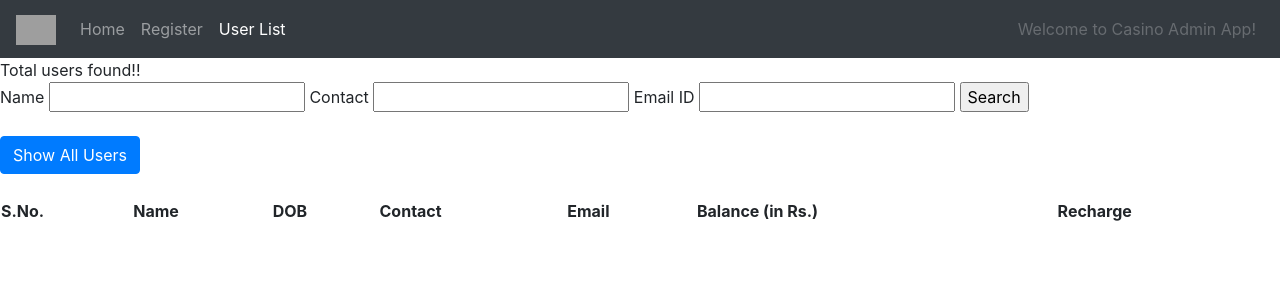
Repository: piyushrulesyou/CasinoGameApplication
Page: http://localhost/adminPanel/UsersList.jsp
The author's editor kept a copy of each file at every save. The page is drawn from the files as they stood at one save, then again after the next save.
The browser window is 1280 px wide. The pictures show the whole page.
Pictures or frames that could not be fetched are drawn as grey boxes. The page is served by Tomcat 9. Nobody is signed in. The application's start-up code is not run. Other server files are loaded and not shown.

Above is the page before, as saved 2019-11-01 07:04:02.

### AdminPanel/adminPanel/src/main/webapp/UsersList.jsp
<%@ taglib prefix="c" uri="http://java.sun.com/jsp/jstl/core"%>

<%@ page language="java" contentType="text/html; charset=ISO-8859-1"
	pageEncoding="ISO-8859-1" isELIgnored="false"%>

<!DOCTYPE html>
<html>
<head>
<title>UsersList</title>
<meta charset="utf-8">

<meta name="viewport" content="width=device-width, initial-scale=1">


<link rel="stylesheet"
	href="https://maxcdn.bootstrapcdn.com/bootstrap/4.3.1/css/bootstrap.min.css">
<script
	src="https://ajax.googleapis.com/ajax/libs/jquery/3.4.1/jquery.min.js"></script>
<script
	src="https://cdnjs.cloudflare.com/ajax/libs/popper.js/1.14.7/umd/popper.min.js"></script>
<script
	src="https://maxcdn.bootstrapcdn.com/bootstrap/4.3.1/js/bootstrap.min.js"></script>
</head>
<body>

	<nav class="navbar navbar-expand-sm bg-dark navbar-dark">
		<!-- 	<nav class="navbar navbar-expand-sm navbar-light bg-faded"> -->
		<a class="navbar-brand" href="index.jsp"> <img
			src="https://www.slotnite.com/images/sliders/livecasino/casino1.png"
			alt="logo" style="width: 40px;">
		</a>

		<!-- Links -->
		<ul class="navbar-nav mr-auto">
			<li class="nav-item"><a class="nav-link" href="index.jsp">Home</a></li>
			<li class="nav-item"><a class="nav-link" href="register">Register</a></li>
			<li class="nav-item"><a class="nav-link active" href="">User
					List</a></li>
		</ul>
		<ul class="navbar-nav">
			<li class="nav-item"><span class="nav-link disabled">Welcome
					to Casino Admin App!</span></li>
		</ul>
	</nav>

	Total ${listOfUsers.size()} users found!!

	<form action="filterUsers" method="post">
		Name <input type="text" id="filterName" name="filterName">
		Contact <input type="number" id="filterContact" name="filterContact">
		Email ID <input type="text" id="filterEMail" name="filterEMail">
		<input type="submit" value="Search">
	</form>
	<br>

	<a href="showUsers"><button class="btn btn-primary">Show
			All Users</button></a>

	<c:if test="${listOfUsers.size() == 0}">
		<div class="alert alert-danger">No Users Found!!</div>
	</c:if>

	<br>
	<br>

	<c:if test="${listOfUsers.size() != 0}">

		<table width="100%" class="w3-table-all w3-centered">
			<tr>
				<th>S.No.</th>
				<th>Name</th>
				<th>DOB</th>
				<th>Contact</th>
				<th>Email</th>
				<th>Balance (in Rs.)</th>
				<th>Recharge</th>
			</tr>

			<c:forEach items="${listOfUsers}" var="eachUser">

				<tr>
					<td>i</td>
					<td>${eachUser.customerName}</td>
					<td>${eachUser.dateOfBirth}</td>
					<td>${eachUser.contactNumber}</td>
					<td>${eachUser.emailID}</td>
					<td>${eachUser.accountBalance}</td>
					<td><a href="recharge.jsp">Recharge</a></td>

					<!-- 				<td><a -->
					<%-- 					href="edit?employeeCode=${item.employeeCode}&hrName=${hrName}"><button --%>
					<!-- 							class="buttonEdit">Edit</button></a> <a -->
					<%-- 					href="delete?employeeName=${item.employeeName}&employeeCode=${item.employeeCode}&hrName=${hrName}"><button --%>
					<!-- 							class="buttonDelete">Delete</button></a></td> -->

				</tr>
			</c:forEach>
		</table>
	</c:if>

</body>
</html>

After the next save:
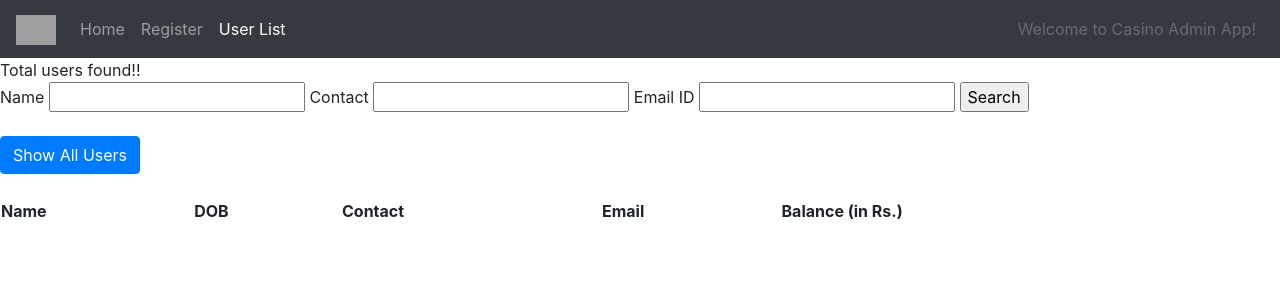
Saved 12 s later.
--- a/AdminPanel/adminPanel/src/main/webapp/UsersList.jsp
+++ b/AdminPanel/adminPanel/src/main/webapp/UsersList.jsp
@@ -67,25 +67,21 @@
 
 		<table width="100%" class="w3-table-all w3-centered">
 			<tr>
-				<th>S.No.</th>
 				<th>Name</th>
 				<th>DOB</th>
 				<th>Contact</th>
 				<th>Email</th>
 				<th>Balance (in Rs.)</th>
-				<th>Recharge</th>
 			</tr>
 
 			<c:forEach items="${listOfUsers}" var="eachUser">
 
 				<tr>
-					<td>i</td>
 					<td>${eachUser.customerName}</td>
 					<td>${eachUser.dateOfBirth}</td>
 					<td>${eachUser.contactNumber}</td>
 					<td>${eachUser.emailID}</td>
 					<td>${eachUser.accountBalance}</td>
-					<td><a href="recharge.jsp">Recharge</a></td>
 
 					<!-- 				<td><a -->
 					<%-- 					href="edit?employeeCode=${item.employeeCode}&hrName=${hrName}"><button --%>
